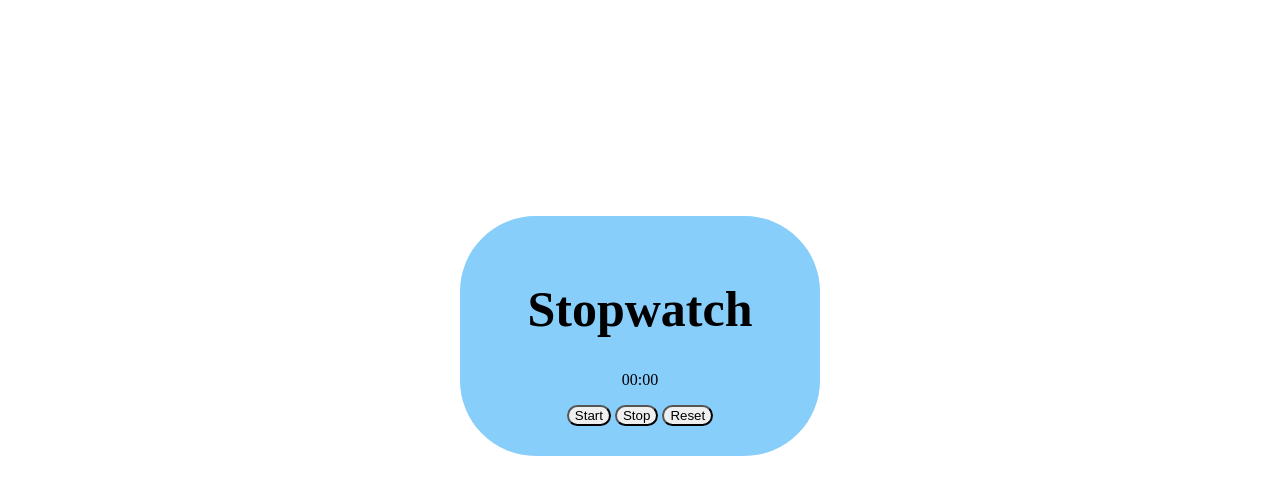
Repository: LeyaAbraham/web-dev
Page: clock.html
The author's editor kept a copy of each file at every save. The page is drawn from the files as they stood at one save, then again after the next save.
The browser window is 1280 px wide. The pictures show the whole page.

Above is the page before, as saved 2021-01-05 23:13:51.

After the next save:
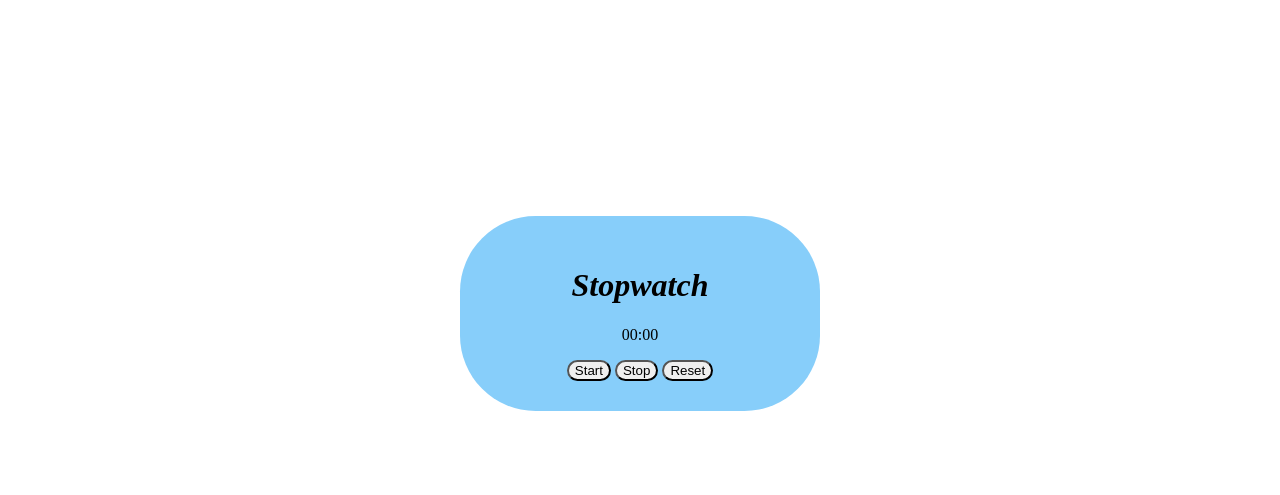
Saved 17 s later.
--- a/style.css
+++ b/style.css
@@ -21,5 +21,5 @@ button {
 }
 
 h1 {
-    font-size: 50px;
+    font-style: oblique;
 }
